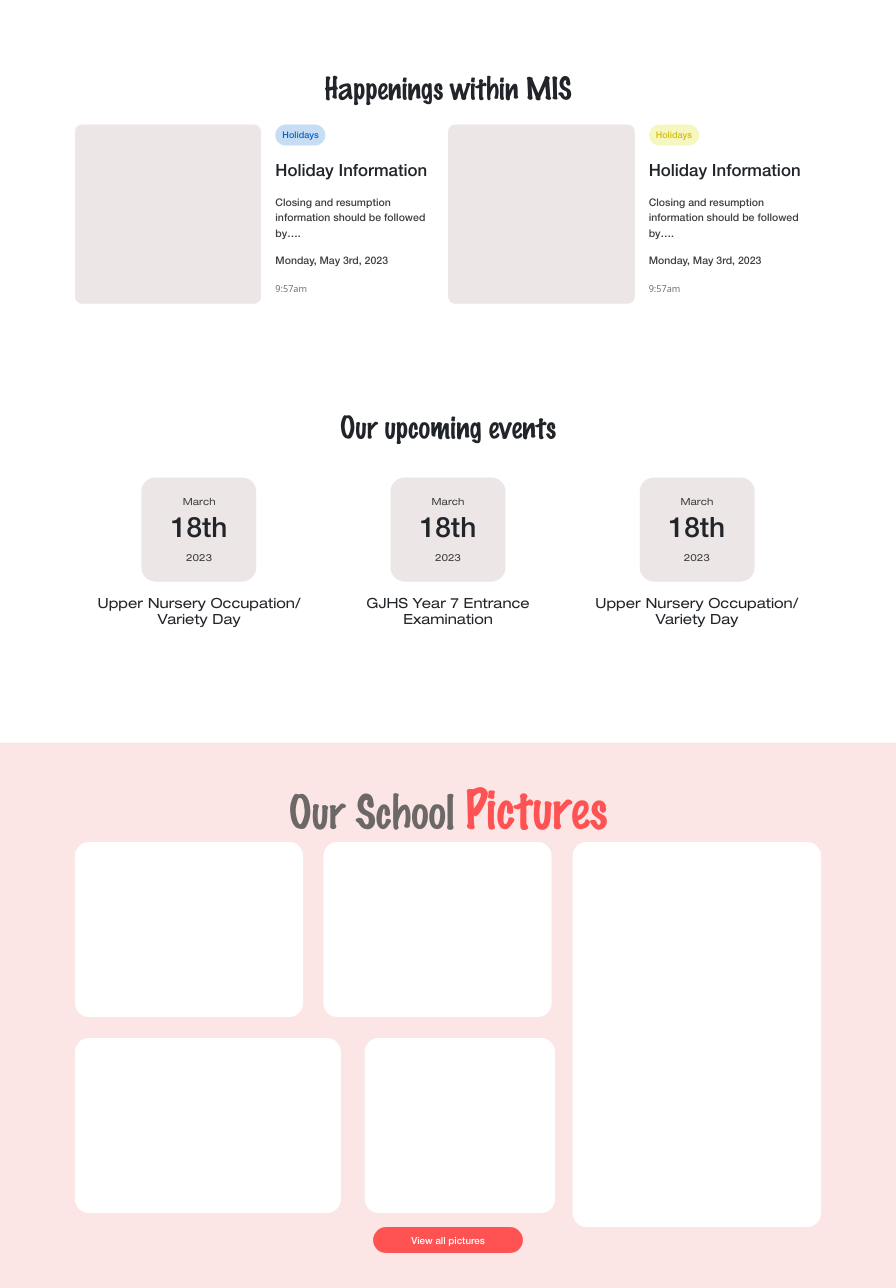
Repository: sarahnnanyelugo/MIGS
Page: /
The author's editor kept a copy of each file at every save. The page is drawn from the files as they stood at one save, then again after the next save.
The browser window is 1280 px wide. The pictures show the part of the page from y = 4580 to 6500 px (the page is 6420 px tall before and 6677 px after), at 70% of full size.
The project was rebuilt for these pictures with package versions that can differ from the ones it lists, and the page was loaded fresh each time.

Above is the page before, as saved 2023-05-31 11:04:59.

After the next save:
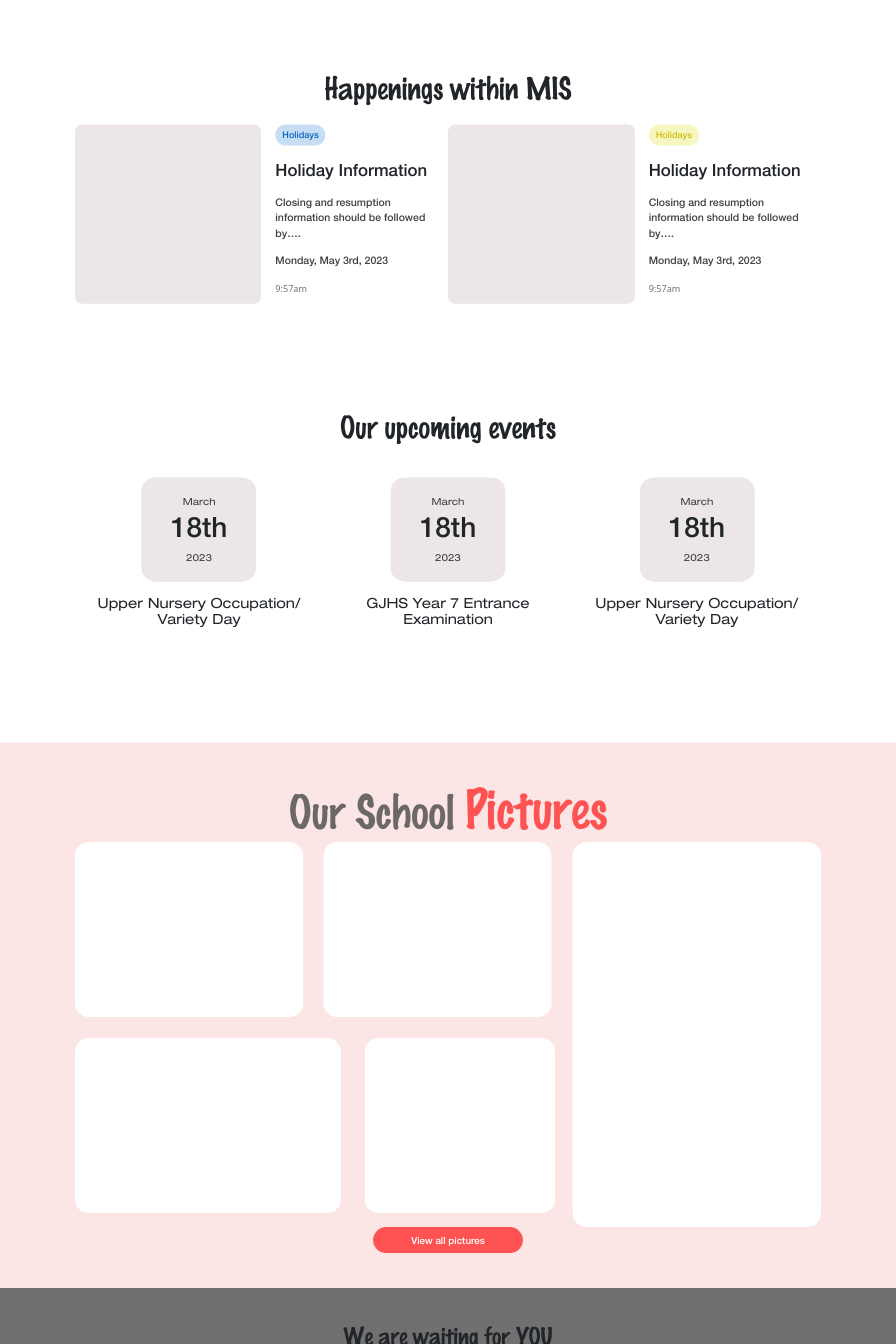
Saved 67 s later.
--- a/src/pages/Home/Home.js
+++ b/src/pages/Home/Home.js
@@ -6,6 +6,7 @@ import "./home.scss";
 import CountUp from "react-countup";
 import { Link } from "react-router-dom";
 import Events from "./Events";
+import Prefooter from "../../components/Prefooter/Prefooter";
 
 function Home() {
   return (
@@ -350,6 +351,7 @@ function Home() {
           </div>
         </center>
       </div>
+      <Prefooter />
       <div>
         <AppModal />
       </div>
